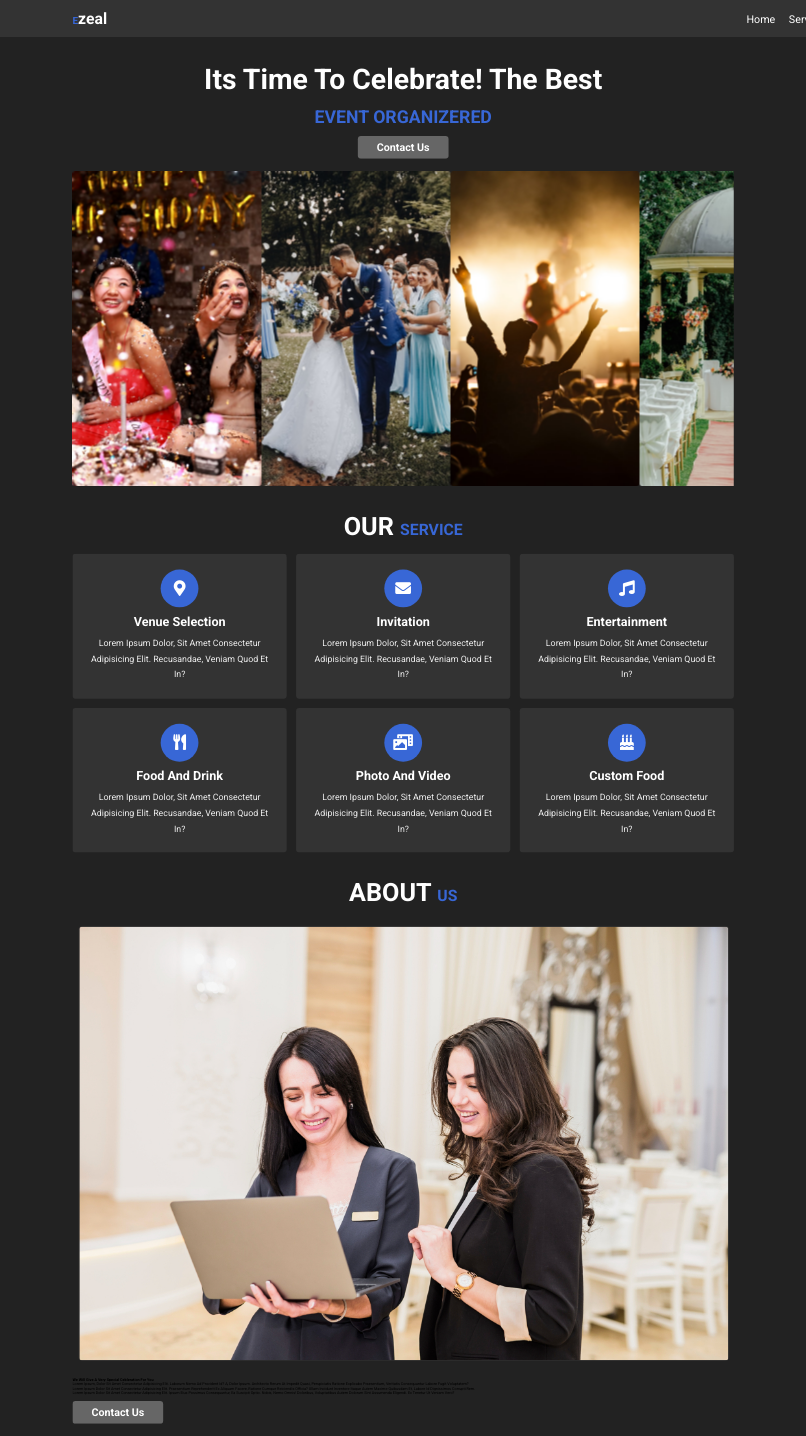
Repository: Jayce1607/First-clone
Page: html/index.html
These files come from the project's save history. The page is drawn as it stood at one moment and after the next save; the edit follows.
The browser window is 1280 px wide. The pictures show the whole page, at 63% of full size.

Above is the page before, as saved 2021-08-26 19:27:56.
Console error: ReferenceError: Swiper is not defined

### html/index.html
<!DOCTYPE html>
<html lang="en">
<head>
  <meta charset="UTF-8">
  <meta http-equiv="X-UA-Compatible" content="IE=edge">
  <meta name="viewport" content="width=device-width, initial-scale=1.0">
  <title>Event Organizer Website Design Using HTML - CSS - Javascript </title>
  <link rel="stylesheet" href="../css/reset.css">
  <link rel="stylesheet" href="../css/app.css">
  <link
  rel="stylesheet"
  href="https://unpkg.com/swiper@7/swiper-bundle.min.css"
/>
  <link rel="stylesheet" href="https://cdnjs.cloudflare.com/ajax/libs/font-awesome/5.15.4/css/all.min.css">
  <link rel="preconnect" href="https://fonts.googleapis.com">
<link rel="preconnect" href="https://fonts.gstatic.com" crossorigin>
<link href="https://fonts.googleapis.com/css2?family=Roboto:ital,wght@0,100;0,300;0,400;0,500;0,700;0,900;1,900&display=swap" rel="stylesheet">

</head>
<body>
  <!-- header start -->
  <header class="header">
    <a href="#" class="logo"><span>E</span>zeal</a>
    <nav class="navbar">
      <a href="#home">Home</a>
      <a href="#service">Service</a>
      <a href="#about">about</a>
      <a href="#galery">galery</a>
      <a href="#price">price</a>
      <a href="#contact">Contact</a>
    </nav>
    <div id="menu-bars" class="fa fa-bars"></div>
  </header>

  <!-- header end  -->
  <!-- home section start -->
  <section class="home" id="home">
    <div class="content">
      <h3>its time to celebrate! the best <span>event organizered</span></h3>
      <a href="#" class="btn">Contact Us</a>
    </div>
    <div class="swiper mySwiper home-slider ">
      <div class="swiper-wrapper wrapper">
        <div class="swiper-slide">
          <img src="../images/slide-1.jpg" alt="">
        </div>
        <div class="swiper-slide">
          <img src="../images/slide-2.jpg" alt="">
        </div>
        <div class="swiper-slide">
          <img src="../images/slide-3.jpg" alt="">
        </div>
        <div class="swiper-slide">
          <img src="../images/slide-4.jpg" alt="">
        </div>
        <div class="swiper-slide">
          <img src="../images/slide-5.jpg" alt="">
        </div>
      </div>
    </div>
  </section>
  <!-- home section end -->
<!-- service section start -->
  <section class="service" id="service">
    <h1 class="heading">Our <span>Service</span></h1>
    <div class="box-container">
      <div class="box">
        <i class="fas fa-map-marker-alt"></i>
        <h3>Venue selection </h3>
        <p>Lorem ipsum dolor, sit amet consectetur adipisicing elit. Recusandae, veniam quod et in?</p>
      </div>
      <div class="box">
        <i class="fas fa-envelope"></i>
        <h3>Invitation </h3>
        <p>Lorem ipsum dolor, sit amet consectetur adipisicing elit. Recusandae, veniam quod et in?</p>
      </div>
      <div class="box">
        <i class="fas fa-music"></i>
        <h3>Entertainment </h3>
        <p>Lorem ipsum dolor, sit amet consectetur adipisicing elit. Recusandae, veniam quod et in?</p>
      </div>
      <div class="box">
        <i class="fas fa-utensils"></i>
        <h3>Food and Drink</h3>
        <p>Lorem ipsum dolor, sit amet consectetur adipisicing elit. Recusandae, veniam quod et in?</p>
      </div>
      <div class="box">
        <i class="fas fa-photo-video"></i>
        <h3>Photo and Video</h3>
        <p>Lorem ipsum dolor, sit amet consectetur adipisicing elit. Recusandae, veniam quod et in?</p>
      </div>
      <div class="box">
        <i class="fas fa-birthday-cake"></i>
        <h3>Custom Food</h3>
        <p>Lorem ipsum dolor, sit amet consectetur adipisicing elit. Recusandae, veniam quod et in?</p>
      </div>
    </div>
  </section>
<!-- service section end -->
<!-- about section start -->
  <section class="about" id="about">
    <h1 class="heading">About <span>Us</span></h1>
    <div class="row">
      <div class="image">
        <img src="../images/about-img.jpg" alt="">
      </div>
      <div class="content">
        <h3>We will give a very special cebleration for you </h3>
        <p>Lorem ipsum, dolor sit amet consectetur adipisicing elit. Laborum nemo ad provident id? A, dolor ipsum. Architecto rerum at impedit quasi, perspiciatis ratione explicabo praesentium, veritatis consequuntur labore fugit voluptatem? </p>
        <p>Lorem ipsum dolor sit amet consectetur adipisicing elit. Praesentium reprehenderit ex aliquam facere, ratione cumque reiciendis officia? Ullam incidunt inventore itaque autem maxime quibusdam et, labore id dignissimos corrupti rem.</p>
        <p>Lorem ipsum dolor sit amet consectetur adipisicing elit. Ipsum eius possimus consequuntur, ea suscipit optio. Nobis, nemo omnis! Doloribus, voluptatibus autem dolorum sint assumenda eligendi. Ex tenetur ut veniam vero?</p>
        <a href="" class="btn">Contact Us</a>
      </div>
    </div>
  </section>

<!-- about section end -->

  <script src="../javascript/starter.js"></script>
  <script src="https://unpkg.com/swiper@7/swiper-bundle.min.js"></script>
</body>
</html>

### css/reset.css
:root{
  --main-color:#3867d6;

}
*{
  margin: 0;
  padding: 0;
  border: 0;
  font-size: 100%;
  text-decoration: none;
  text-transform: capitalize;
  transition: .2s linear;
  font-family: 'Roboto', sans-serif;

 }
html, body, div, span, applet, object, iframe,h1, h2, h3, h4, h5, h6, p{
  margin: 0;
  padding: 0;
  border: 0;
  font-size: 62.5%;
  font-family: 'Roboto', sans-serif;
  overflow-x: hidden;
  scroll-padding-top: 7rem;
  scroll-behavior: smooth;
}
html::-webkit-scrollbar{
  width: 1rem;
}
html::-webkit-scrollbar-track{
background: #444;
}
html::-webkit-scrollbar-thumb{
  background: var(--main-color);
  border-radius: 5rem;
}
body{
  background-color: #222;
}
ol, ul {
  list-style: none;
}
img{
  object-fit: cover;
  max-width: 100%;
  width: 100%;
}
section{
  padding: 2rem 9%;
}
.heading{
  text-align: center;
  padding-bottom: 2rem;
  color: #fff;
  text-transform: uppercase;
  font-size: 4rem;
}
.heading span{
  color: var(--main-color);
  text-transform: uppercase;
}

### css/app.css
.header {
  position: fixed;
  top: 0;
  left: 0;
  right: 0;
  z-index: 1000;
  background-color: #333;
  display: flex;justify-content: space-between;
  align-items: center;
  padding: 1.5rem 9%;
}
.header .logo{
  font-weight: bolder;
  font-size: 2.5rem;
  color: #fff;
}
.header .logo span{
  color:var(--main-color);
}
.header .navbar a{
  font-size: 1.7rem;
  color: #fff;
 margin-left: 2rem;
}
.header .navbar a:hover{
  color: var(--main-color);
}
#menu-bars{
  font-size: 3rem;
  color: #fff;
  cursor: pointer;
  display: none;
}
.btn{
  margin-top: 1rem;
  display: inline-block;
  padding: 0.8rem 3rem;
  font-size: 1.7rem;
  border-radius: .5rem;
  border: 0;
  background: #666;
  color: #fff;
  cursor: pointer;
  font-weight: 600;
}
.btn:hover{
  background-color: var(--main-color);
}
/* home section */
.home{
 /* margin-top: 6rem; */

}
.home .content {
  text-align: center;
  padding-top: 6rem;
  margin: 2rem auto;
  max-width: 70rem;
}
.home .content h3{
  font-size: 4.5rem;
  text-align: center;
  color: #fff;
}
.home .content h3 span{
  color: var(--main-color);
  text-transform: uppercase;
}
.home .home-slider .swiper-slide{
  overflow: hidden;
  border-radius: .5rem;
  height: 50rem;
  width: 30rem;
}
.home .home-slider .swiper-slide img{
  width: 100%;
  height: 100%;
  object-fit: cover;
}
/* services */
.service .box-container{
  display: grid;
  grid-template-columns: repeat(auto-fit,minmax(27rem,1fr));
  grid-gap: 1.5rem;
}
.service .box-container .box{
  border-radius: .5rem;
  background-color: #333;
  text-align: center;
  padding: 2.5rem;
}
.service .box-container .box i{
  height: 6rem;
  width: 6rem;
  line-height: 6rem;
  border-radius: 50%;
  font-size: 2.5rem;
  color: #fff;
  background: var(--main-color);
}
.service .box-container .box h3{
  font-size: 2rem;
  color: #fff;
  padding: 1rem 0;
}
.service .box-container .box p{
  font-size: 1.4rem;
  color: #eee;
 line-height: 1.8;
}
/* about */
.about .row{
  display: flex;
  align-items: center;
  flex-wrap: wrap;
  gap: 1.5rem;

}
.about .row .image{
  flex:  1 1 45rem;
  padding: 1rem;
}
.about .row .image img{
  width: 100%;
  border: 1px solid #333;
  border-radius: .5rem;
}


























/* media queries */
@media (max-width:991px){
  html{
    font-size: 55%;
  }
  .header{
    padding: 1.5rem 2rem;
  }
  section{
    padding: 2rem;
  }

}
@media (max-width:767px){
  .header #menu-bars{
    display: initial;
  }
  .header .navbar{
    position: absolute;
    top: 100%;
    right: 0;
    bottom: 0;
    left: 0;
    border-top: .1px solid #222;
    background-color: #333;
    transform: translateX(100%);
    opacity: 0;
    transition: opacity .5s linear;
  }
  .header .navbar.active{
    transform: translateX(0);
    opacity: 1;
  }
  .fa-times{
    transform: rotate(180deg);
  }
  .header .navbar a{
    display: flex;

    padding: 1.3rem;
    border-radius: .5rem;
    margin: 1.3rem;
    font-size: 1.5rem;
    background:#444;

  }
  .home .content h3{
    font-size: 4rem;
  }
}
@media (max-width:450px){
  html{
    font-size: 50%;
  }
  .home .home-slider .swiper-slide{
    width: 27rem;
  }


}

### javascript/starter.js
const menu=document.querySelector("#menu-bars");
let navbar=document.querySelector(".navbar");
// menu.addEventListener("click",function(e){
//   navbar.style. clipPath="";
// })
menu.addEventListener("click",function(e){
  e.target.classList.toggle("fa-times");
  navbar.classList.toggle("active")
})

window.onscroll=()=>{
  menu.classList.remove("fa-times")
  navbar.classList.remove("active")

}


// slider
var swiper = new Swiper(".home-slider", {
  effect: "coverflow",
  grabCursor: true,
  centeredSlides: true,
  slidesPerView: "auto",
  coverflowEffect: {
    rotate: 0,
    stretch: 0,
    depth: 100,
    modifier: 2,
    slideShadows: true,
  },
  loop:true,
  autoplay:{
    delay:3000,
    disableOnInteraction:false,
  }
});
// end Slider

After the next save:
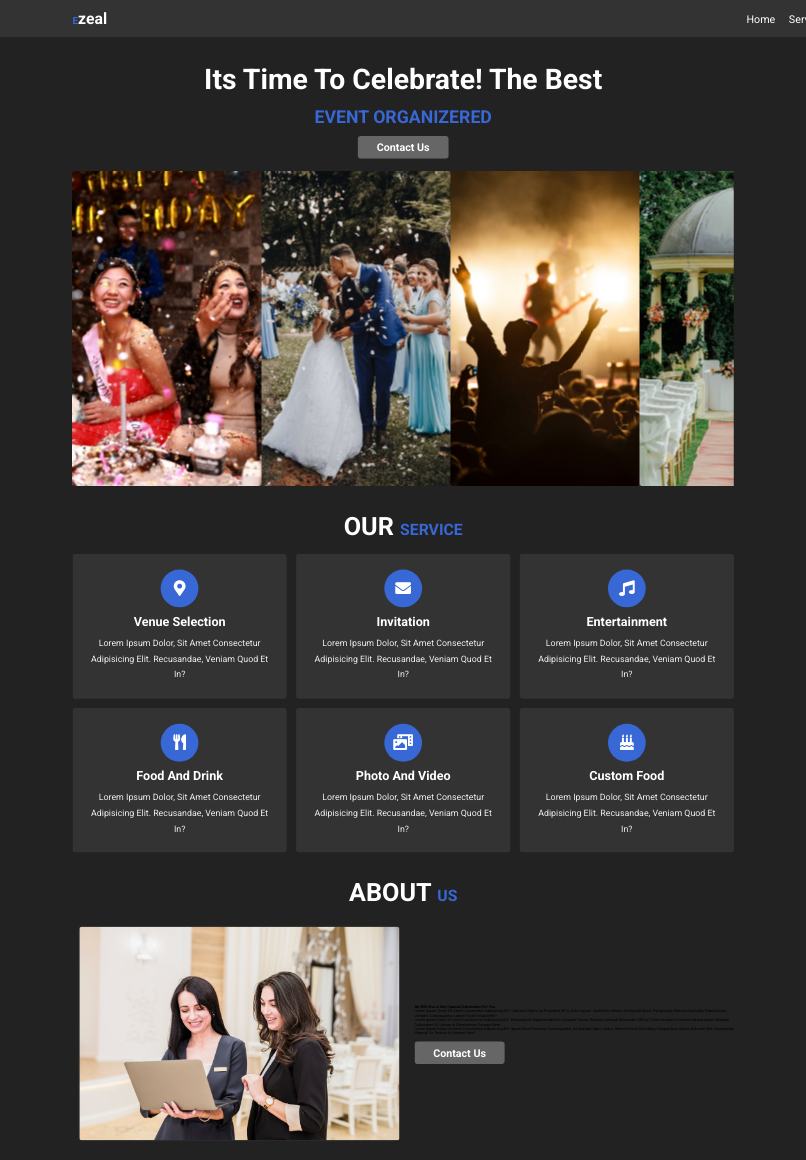
Saved 36 s later.
--- a/css/app.css
+++ b/css/app.css
@@ -124,6 +124,10 @@
   width: 100%;
   border: 1px solid #333;
   border-radius: .5rem;
+}
+.about .row .content{
+  flex:  1 1 45rem;
+
 }
 
 
